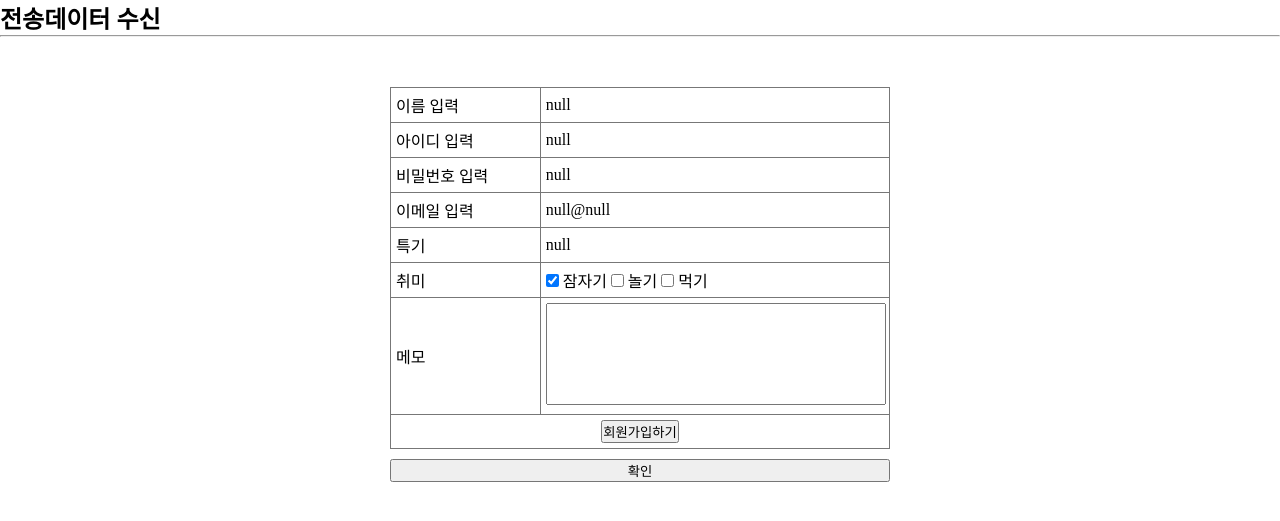
Repository: hyunh84/jsp_study
Page: http://localhost/Day03/j01_mem02.jsp
These files come from the project's save history. The page is drawn as it stood at one moment and after the next save; the edit follows.
The browser window is 1280 px wide. The pictures show the whole page.
The page is served by Tomcat 9. Other server files are loaded and not shown.

Above is the page before, as saved 2015-09-12 01:22:12.

### MyWorks/Day03/WebContent/j01_mem02.jsp
<%@ page language="java" contentType="text/html; charset=utf-8"
    pageEncoding="utf-8"%>
<!DOCTYPE html>
<html>
<head>
<meta charset="utf-8">
<title>Insert title here</title>

<style type="text/css">
	* {margin:0; padding:0;}
	table {border-collapse:collapse; }
	table th {padding:5px; border:1px solid #777;}
	table td {padding:5px; border:1px solid #777;}
</style>
<script type="text/javascript" src="/Day03/js/jquery-1.11.3.min.js"></script>

</head>
<body>

	<h2>전송데이터 수신</h2>
	<hr>

	<%--

	 --%>

	 <%
	 	request.setCharacterEncoding("utf-8");

	 	String name = request.getParameter("name");
	 	String id = request.getParameter("id");
	 	String pw = request.getParameter("pw");
	 	String email1 = request.getParameter("email1");
	 	String email2 = request.getParameter("email2");
	 	String email = email1 + "@" + email2;
	 	String charc = request.getParameter("char");
	 	String[] hobby = request.getParameterValues("hobby");


	 %>

	<form action="/Day03/j01_mem02.jsp" method="post">
		<div style="width:500px; margin:50px auto 0;">
			<table style="width:100%;">
				<colgroup>
					<col style="width:30%;" />
					<col style="width:70%;" />
				</colgroup>
				<tbody>
					<tr>
						<td>이름 입력</td>
						<td><%= name %></td>
					</tr>
					<tr>
						<td>아이디 입력</td>
						<td><%= id %></td>
					</tr>
					<tr>
						<td>비밀번호 입력</td>
						<td><%= pw %></td>
					</tr>
					<tr>
						<td>이메일 입력</td>
						<td><%= email %></td>
					</tr>
					<tr>
						<td>특기</td>
						<td><%= charc %></td>
					</tr>
					<tr>
						<td>취미</td>
						<td><%-- String[] 형태의 파라미터를 전송한다. --%>
							<input type="checkbox" name="hobby" value="잠자기" checked /> 잠자기
							<input type="checkbox" name="hobby" value="놀기" /> 놀기
							<input type="checkbox" name="hobby" value="먹기" /> 먹기
						</td>
					</tr>
					<tr>
						<td>메모</td>
						<td>
							<%--
								- 줄바꿈 명령이 \n로 설정되어 있음
								- 화면에 줄바꿈을 표현하려면 \n를 <br />로 변환해야 한다.
							 --%>
							<textarea name="memo" row="5" col="5"  style=" width:100%; height:100px;resize:none;"></textarea>
						</td>
					</tr>
					<tr>
						<td colspan="2" align="center">
							<input type="submit" value="회원가입하기"/>
						</td>
					</tr>
				</tbody>
			</table>
			<button type="submit" style="width:100%; margin:10px 0 0;">확인</button>
		</div>
	</form>

	<script>
		$(document).ready(function() {
			$('select[name = email2]').change(function() {
				console.log($('option:selected', this).val());

			});
		});
	</script>




</body>
</html>

Loaded but not shown: MyWorks/Day03/WebContent/js/jquery-1.11.3.min.js (library)

After the next save:
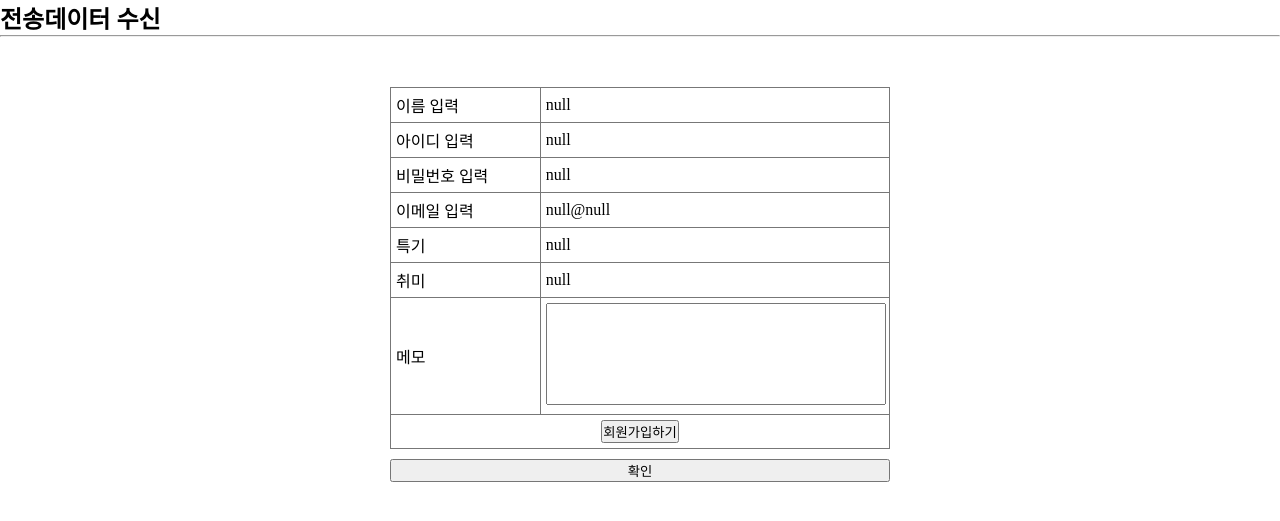
Saved 9 s later.
--- a/MyWorks/Day03/WebContent/j01_mem02.jsp
+++ b/MyWorks/Day03/WebContent/j01_mem02.jsp
@@ -69,11 +69,7 @@
 					</tr>
 					<tr>
 						<td>취미</td>
-						<td><%-- String[] 형태의 파라미터를 전송한다. --%>
-							<input type="checkbox" name="hobby" value="잠자기" checked /> 잠자기
-							<input type="checkbox" name="hobby" value="놀기" /> 놀기
-							<input type="checkbox" name="hobby" value="먹기" /> 먹기
-						</td>
+						<td><%= hobby %></td>
 					</tr>
 					<tr>
 						<td>메모</td>
